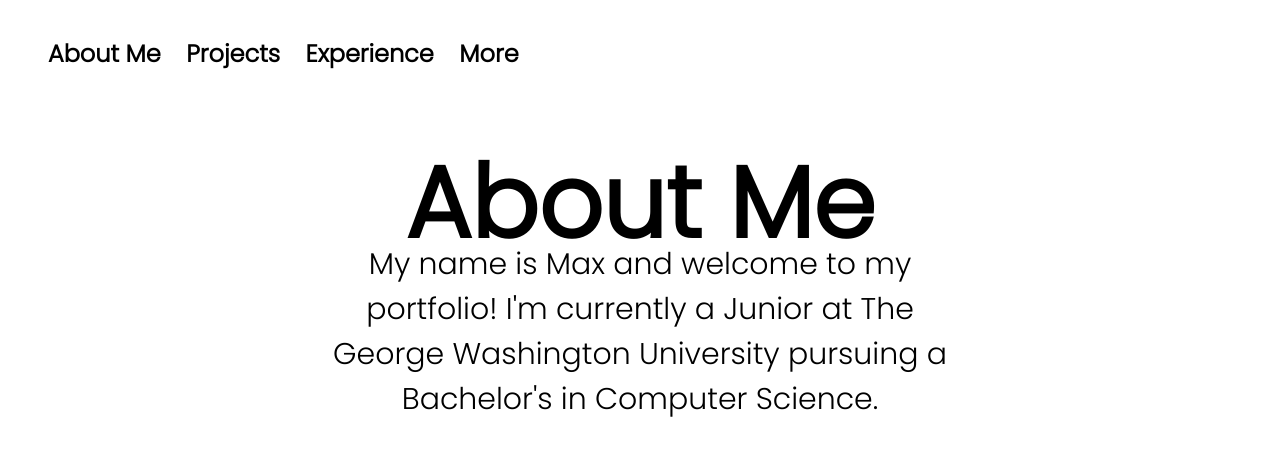
Repository: notMaximilian/maximilianaquino.github.io
Page: about.html
The author's editor kept a copy of each file at every save. The page is drawn from the files as they stood at one save, then again after the next save.
The browser window is 1280 px wide. The pictures show the whole page.

Above is the page before, as saved 2022-02-10 09:51:06.

After the next save:
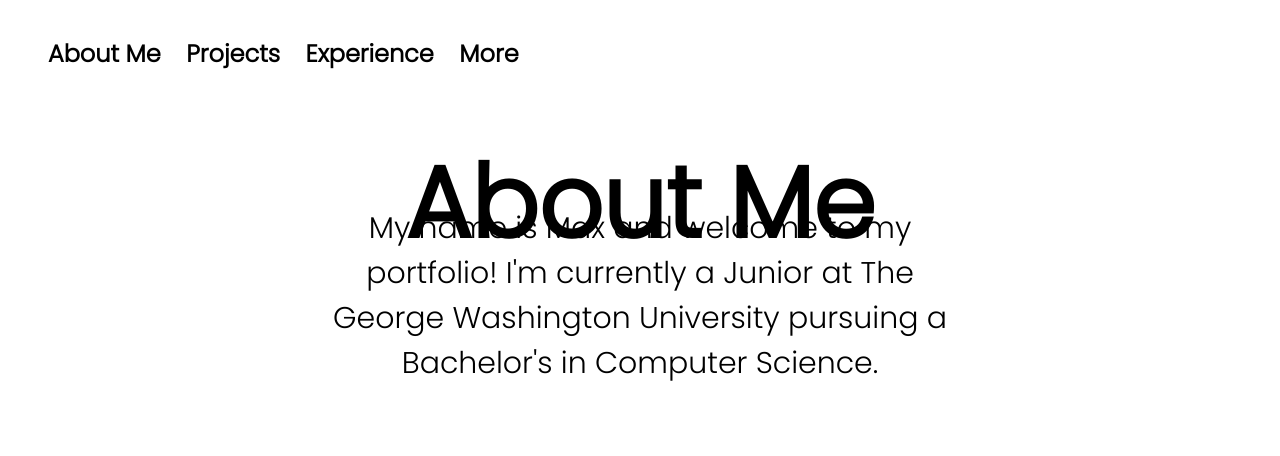
Saved 8 s later.
--- a/css/subpage.css
+++ b/css/subpage.css
@@ -35,7 +35,7 @@ h1{
     text-align: center;
     margin-top: 8vh;
     font-size: 100px;
-    margin-bottom: -5vh;
+    margin-bottom: -10vh;
 }
 
 p{
